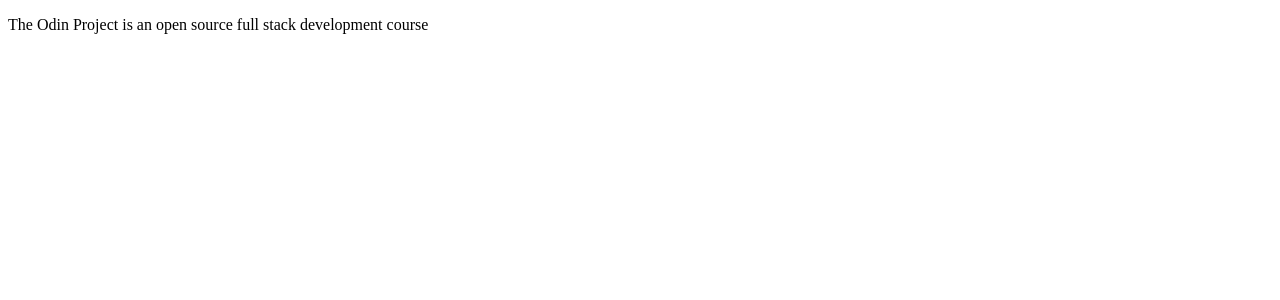
Repository: j0vesday/git_test
Page: root/odin-links-and-images/pages/about.html
The author's editor kept a copy of each file at every save. The page is drawn from the files as they stood at one save, then again after the next save.
The browser window is 1280 px wide. The pictures show the whole page.

Above is the page before, as saved 2024-09-27 04:34:29.

### root/odin-links-and-images/pages/about.html
<!DOCTYPE html>
<!DOCTYPE html>
<html lang="en">
<head>
    <meta charset="UTF-8">
    <meta name="viewport" content="width=device-width, initial-scale=1.0">
    <title>About Page</title>

</head>
<body>
  <p>The Odin Project is an open source full stack development course</p>
</body>
</html>

After the next save:
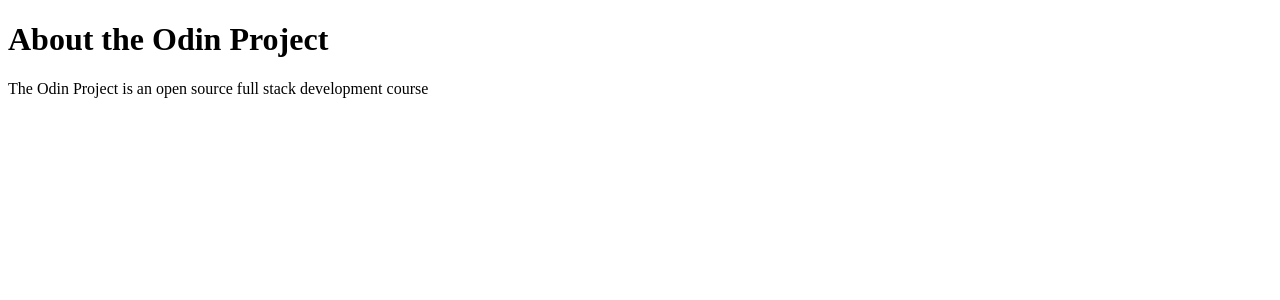
Saved 50 s later.
--- a/root/odin-links-and-images/pages/about.html
+++ b/root/odin-links-and-images/pages/about.html
@@ -5,7 +5,7 @@
     <meta charset="UTF-8">
     <meta name="viewport" content="width=device-width, initial-scale=1.0">
     <title>About Page</title>
-
+    <h1> About the Odin Project</h1>
 </head>
 <body>
   <p>The Odin Project is an open source full stack development course</p>
